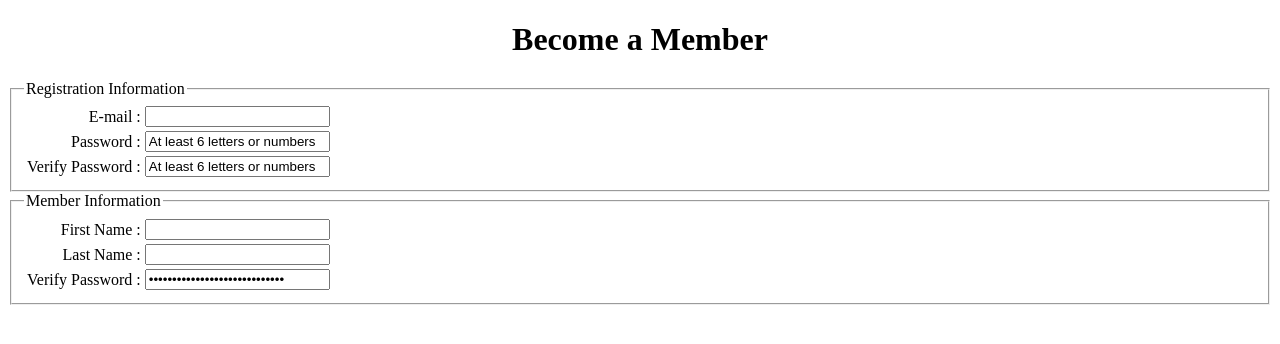
Repository: kjungyoun/Web_Study_2021
Page: homework_front/WebContent/0302/0302.html
An editor plug-in stored every save of this project. The page is shown before and after the next save, followed by the edit.
The browser window is 1280 px wide. The pictures show the whole page.

Above is the page before, as saved 2021-03-02 11:04:02.

After the next save:
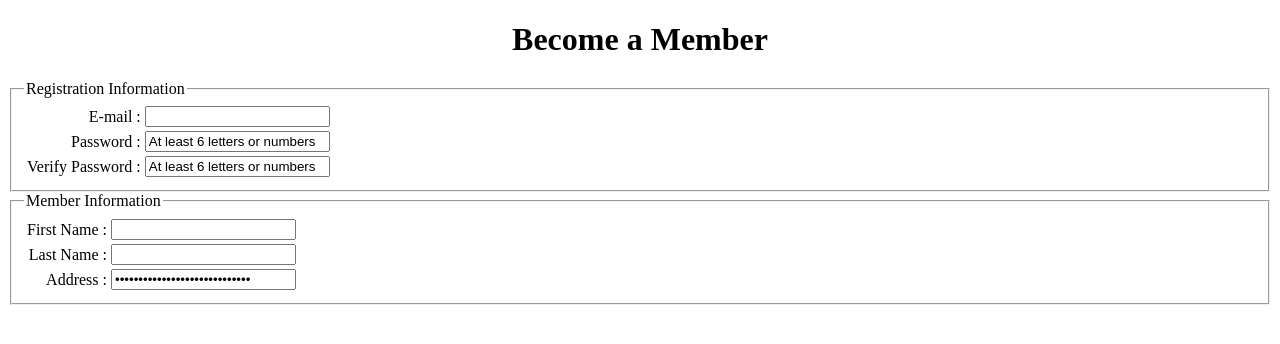
Saved 20 s later.
--- a/homework_front/WebContent/0302/0302.html
+++ b/homework_front/WebContent/0302/0302.html
@@ -64,7 +64,7 @@
 				</tr>
 				<tr>
 					<td align="right">
-						<label for="vpassword">Verify Password : </label>
+						<label for="address">Address : </label>
 					</td>
 					<td align="left">
 						<input type="password" id="vpwd" name="vpwd" value="At least 6 letters or numbers">
